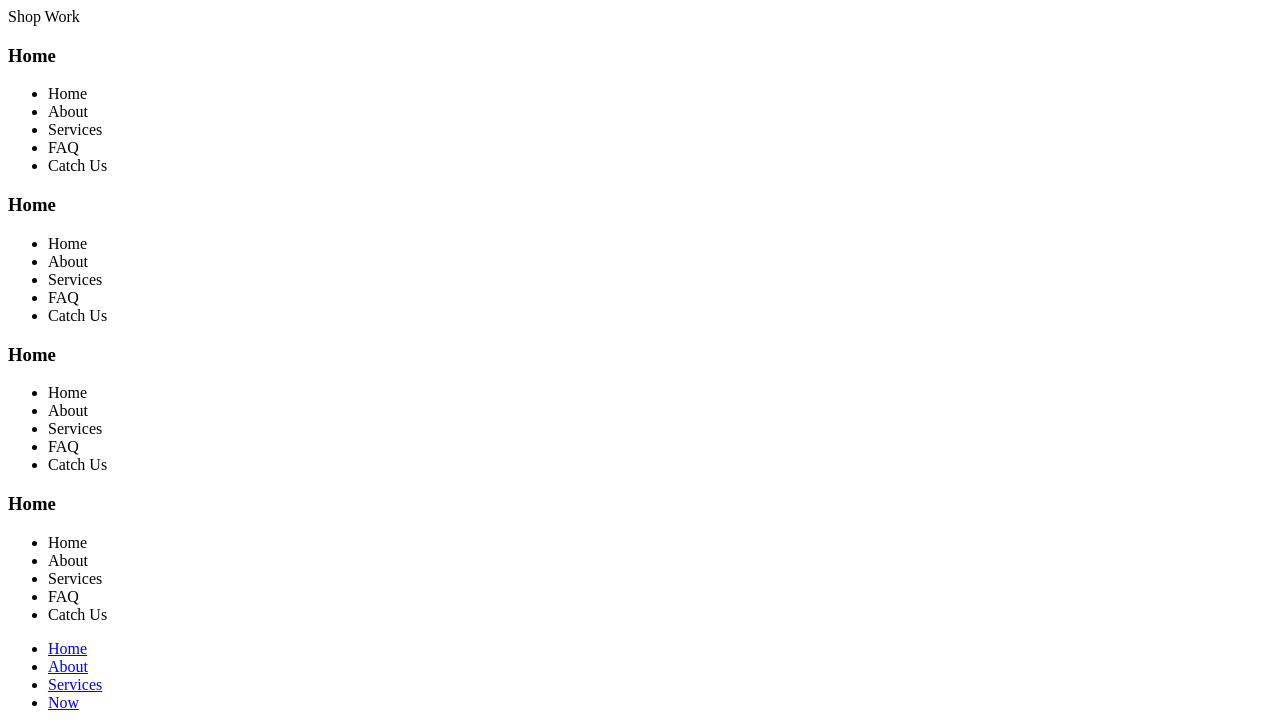
Repository: mxhdiqaim/lenviteck
Page: dist/index.html
The author's editor kept a copy of each file at every save. The page is drawn from the files as they stood at one save, then again after the next save.
The browser window is 1280 px wide. The pictures show the whole page.
The style sheet was rebuilt from its Sass, Less or Tailwind sources for each picture, by a compiler version that may differ from the author's.

Above is the page before, as saved 2021-04-11 08:56:56.

After the next save:
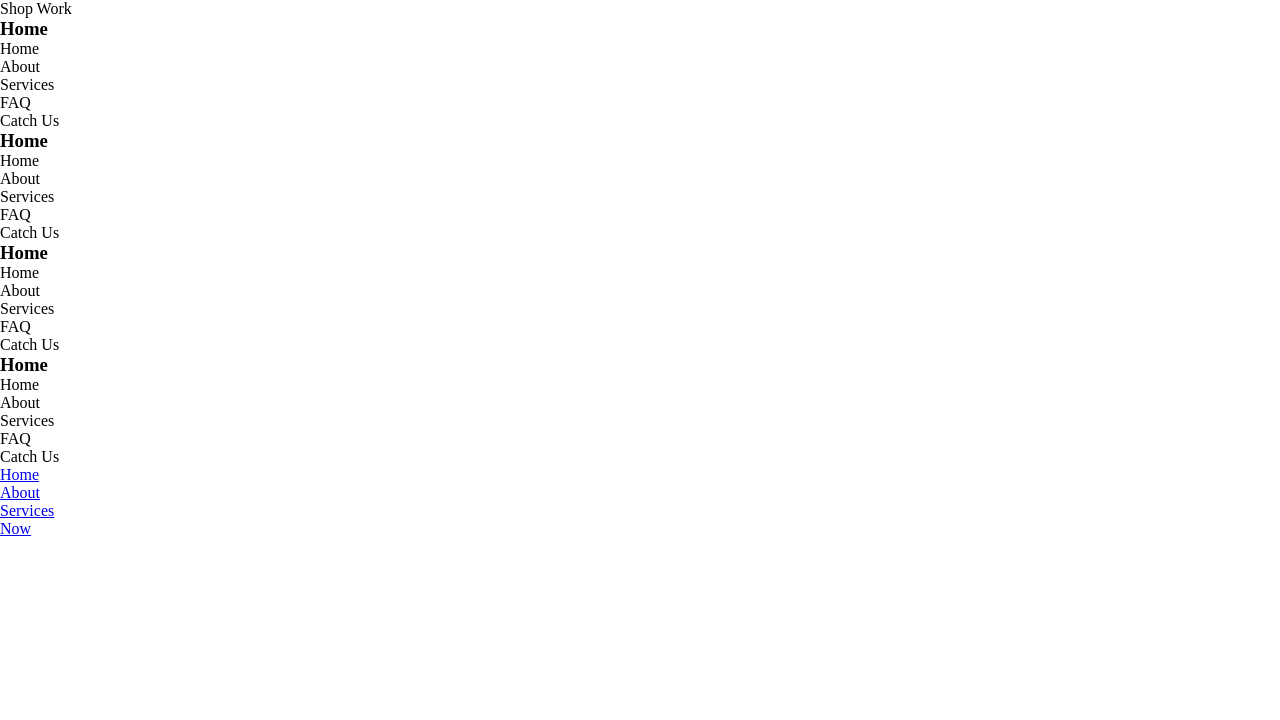
Saved 28 s later.
--- a/dist/styles/main.scss
+++ b/dist/styles/main.scss
@@ -4,3 +4,9 @@ $dark-color: #333333;
 $light-color: #f4f4f4;
 $danger-color: #dc3545;
 $success-color: #28a745;
+
+* {
+  padding: 0;
+  margin: 0;
+  box-sizing: border-box;
+}
